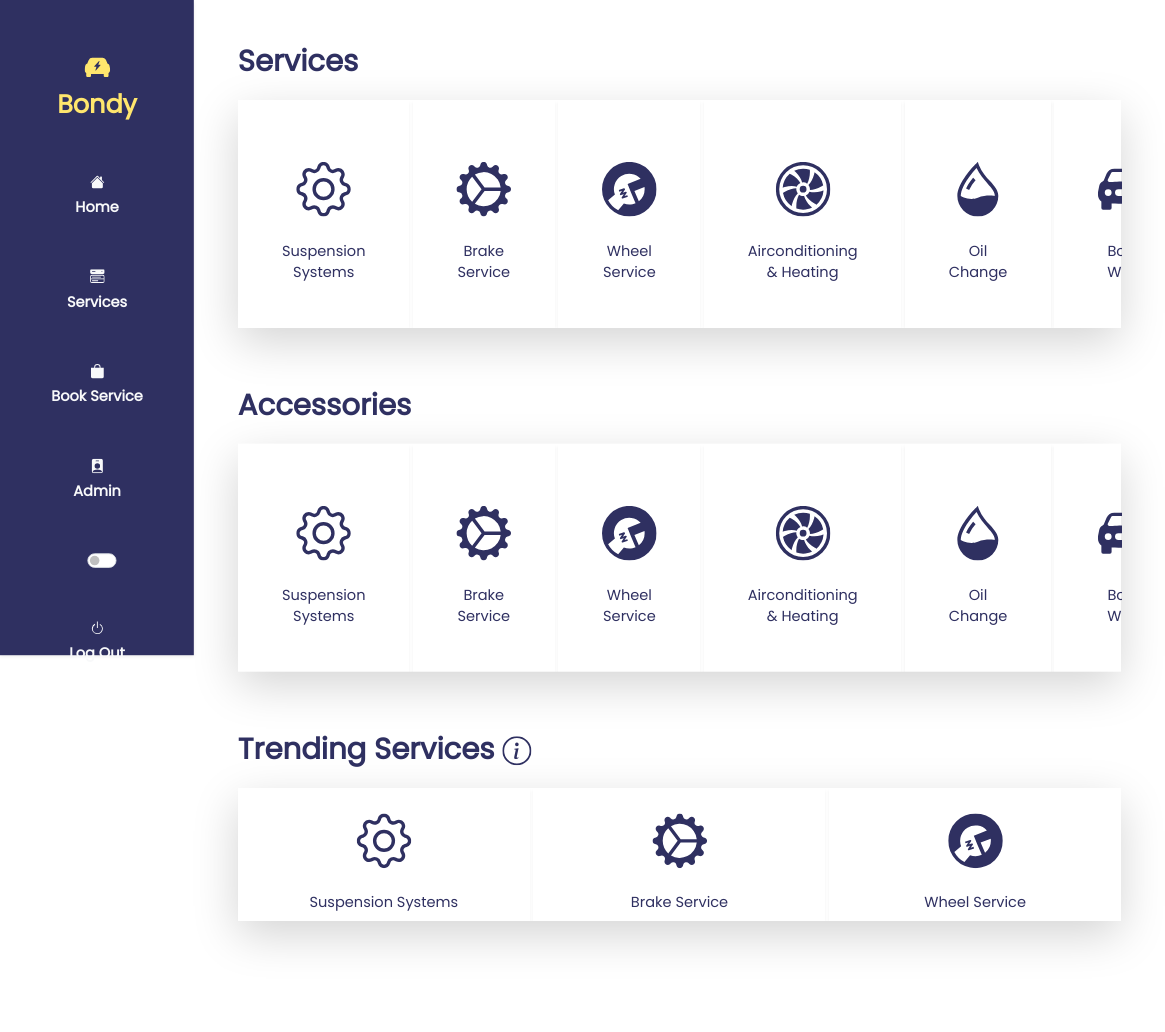
Repository: duzzisantos/bondy
Page: /
The author's editor kept a copy of each file at every save. The page is drawn from the files as they stood at one save, then again after the next save.
The browser window is 1280 px wide. The pictures show the whole page, at 91% of full size.
Some web libraries are served in a nearby version. The project was rebuilt for these pictures with package versions that can differ from the ones it lists, and the page was loaded fresh each time. Also part of the build but not shown: src/components/Home/TrendingServices.tsx, src/components/Services/ServiceTemplate.tsx, src/data/mockData.ts, src/views/Services.tsx.

Above is the page before, as saved 2023-06-25 15:00:19.

### public/index.html
<!DOCTYPE html>
<html lang="en">
  <head>
    <meta charset="utf-8" />
    <link rel="icon" href="%PUBLIC_URL%/favicon.ico" />
    <meta name="viewport" content="width=device-width, initial-scale=1" />
    <meta name="theme-color" content="#000000" />
    <meta
      name="description"
      content="Web site created using create-react-app"
    />
    <link rel="apple-touch-icon" href="%PUBLIC_URL%/logo192.png" />
    <!-- Option 1: Include in HTML -->
    <link
      rel="stylesheet"
      href="https://cdn.jsdelivr.net/npm/bootstrap-icons@1.3.0/font/bootstrap-icons.css"
    />
    <link rel="preconnect" href="https://fonts.googleapis.com" />
    <link rel="preconnect" href="https://fonts.gstatic.com" crossorigin />
    <!--
      manifest.json provides metadata used when your web app is installed on a
      user's mobile device or desktop. See https://developers.google.com/web/fundamentals/web-app-manifest/
    -->
    <link rel="manifest" href="%PUBLIC_URL%/manifest.json" />
    <!--
      Notice the use of %PUBLIC_URL% in the tags above.
      It will be replaced with the URL of the `public` folder during the build.
      Only files inside the `public` folder can be referenced from the HTML.

      Unlike "/favicon.ico" or "favicon.ico", "%PUBLIC_URL%/favicon.ico" will
      work correctly both with client-side routing and a non-root public URL.
      Learn how to configure a non-root public URL by running `npm run build`.
    -->
    <title>Bondy</title>
  </head>
  <body>
    <noscript>You need to enable JavaScript to run this app.</noscript>
    <div id="root"></div>
    <!--
      This HTML file is a template.
      If you open it directly in the browser, you will see an empty page.

      You can add webfonts, meta tags, or analytics to this file.
      The build step will place the bundled scripts into the <body> tag.

      To begin the development, run `npm start` or `yarn start`.
      To create a production bundle, use `npm run build` or `yarn build`.
    -->
  </body>
</html>

### src/index.js
import React from "react";
import ReactDOM from "react-dom/client";
import "./index.css";
import App from "./App";
import "bootstrap/dist/css/bootstrap.min.css";
import { BrowserRouter as Router } from "react-router-dom";

const root = ReactDOM.createRoot(document.getElementById("root"));
root.render(
  <React.StrictMode>
    <Router>
      <App />
    </Router>
  </React.StrictMode>
);

### src/App.js
import "./App.css";
import "bootstrap";
import SideBar from "./components/Navigation/SideBar";
import { Routes, Route } from "react-router-dom";
import LandingPage from "./views/LandingPage";
import Services from "./views/Services";
function App() {
  return (
    <div className="App d-flex flex-row flex-nowrap vh-100">
      <SideBar />
      <main className="col-12 ms-auto d-flex flex-column vh-100">
        <Routes>
          <Route path="/" element={<LandingPage />} />
          <Route path="/home" element={<LandingPage />} />
          <Route path="services/:category" element={<Services />} />
        </Routes>
      </main>
    </div>
  );
}

export default App;

### src/App.css
@import url("https://fonts.googleapis.com/css2?family=Cabin&family=Montserrat:wght@200&family=Poppins&display=swap");

* {
  font-family: "Poppins", sans-serif;
}
.App {
  text-align: center;
}

.custom-color {
  color: #2f3061 !important;
}

.custom-bg-color {
  background-color: #2f3061;
}

.custom-border {
  border: 1px solid #2f3061;
}

.custom-border-5 {
  border-right-style: solid !important;
  border-right-width: 8px !important;
  border-right-color: #2f3061 !important;
}

.image-height {
  height: fit-content;
  width: fit-content;
}

### src/components/Navigation/SideBar.tsx
import React, { FunctionComponent, useState } from "react";
import "react-bootstrap";
import "../../App.css";
import "./Navigation.scss";
import { Link } from "react-router-dom";
import {
  HouseFill,
  BagFill,
  PersonBadgeFill,
  Power,
  EvFrontFill,
  MenuButtonWideFill,
  SunFill,
  MoonFill,
} from "react-bootstrap-icons";

const SideBar: FunctionComponent = () => {
  //Refactor this
  const [hoverHome, setHoverHome] = useState(false);
  const [hoverServices, setHoverServices] = useState(false);
  const [hoverBookService, setHoverBookService] = useState(false);
  const [hoverAdmin, setHoverAdmin] = useState(false);
  const [hoverLogout, setHoverLogout] = useState(false);

  const commonLinkClasses = `d-flex flex-column justify-content-center align-items-center p-1 gap-2 brand-icon-color
   text-decoration-none fw-bold`;

  return (
    <div className="col-2 vh-100 custom-bg-color shadow-sm p-5 text-light d-flex flex-column vstack gap-5 sidebar-fixed">
      <Link to={"/"} className={commonLinkClasses + " fs-3"}>
        <span>
          <EvFrontFill className="brand-icon-color" /> Bondy
        </span>
      </Link>
      <Link
        to={"/home"}
        id="home"
        className={`d-flex flex-column justify-content-center align-items-center p-1 gap-2 text-decoration-none fw-bold ${
          hoverHome ? "brand-icon-color" : "text-light"
        }`}
        onMouseEnter={() => setHoverHome(true)}
        onMouseLeave={() => setHoverHome(false)}
        title="Home"
      >
        <HouseFill />
        Home
      </Link>

      <Link
        to={"/services"}
        id="services"
        className={`d-flex flex-column justify-content-center align-items-center p-1 gap-2 text-decoration-none fw-bold ${
          hoverServices ? "brand-icon-color" : "text-light"
        }`}
        onMouseEnter={() => setHoverServices(true)}
        onMouseLeave={() => setHoverServices(false)}
        title="Services"
      >
        <MenuButtonWideFill />
        Services
      </Link>

      <Link
        to={"/book-service"}
        id="book-service"
        className={`d-flex flex-column justify-content-center align-items-center p-1 gap-2 text-decoration-none fw-bold ${
          hoverBookService ? "brand-icon-color" : "text-light"
        }`}
        onMouseEnter={() => setHoverBookService(true)}
        onMouseLeave={() => setHoverBookService(false)}
        title="Book Service"
      >
        <BagFill />
        Book Service
      </Link>

      <Link
        to={"/admin"}
        id="admin"
        className={`d-flex flex-column justify-content-center align-items-center p-1 gap-2 text-decoration-none fw-bold ${
          hoverAdmin ? "brand-icon-color" : "text-light"
        }`}
        onMouseEnter={() => setHoverAdmin(true)}
        onMouseLeave={() => setHoverAdmin(false)}
        title="Admin"
      >
        <PersonBadgeFill />
        Admin
      </Link>

      <div className="form-check form-switch px-5 d-flex flex-row flex-nowrap">
        <SunFill className="mx-auto mt-1" />
        <input
          className="form-check-input mx-auto"
          type="checkbox"
          role="switch"
          id="flexSwitchCheckChecked"
          title="Switch display mode"
        />
        <MoonFill className="mx-auto mt-1" />
      </div>

      <Link
        to={"/logout"}
        id="logout"
        className={`d-flex flex-column justify-content-center align-items-center p-1 gap-2 text-decoration-none fw-bold ${
          hoverLogout ? "brand-icon-color" : "text-light"
        }`}
        onMouseEnter={() => setHoverLogout(true)}
        onMouseLeave={() => setHoverLogout(false)}
        title="Logout"
      >
        <Power />
        Log Out
      </Link>
    </div>
  );
};

export default SideBar;

### src/views/LandingPage.tsx
import React, { FunctionComponent, useState } from "react";
import "../components/Home/LandingPage.scss";
import LandingPageScrollContainer from "src/components/Home/LandingPageScrollContainer";
import { servicesList } from "src/components/Home/landingPageContent";
import { InfoCircle } from "react-bootstrap-icons";
import TrendingServices from "src/components/Home/TrendingServices";

const LandingPage: FunctionComponent = () => {
  const handleClick = () => {
    console.log("This was clicked");
  };

  const [show, setShow] = useState(false);

  const displayInfo = () => {
    setShow(!show);
  };
  return (
    <div className="col-10 px-5 pt-5 py-5 ms-auto vh-100 vstack gap-5 d-flex flex-column align-items-center">
      <LandingPageScrollContainer
        content={servicesList}
        category="Services"
        handleClick={handleClick}
        extraClass="p-5"
        extraElement={null}
        displayExtraElement={null}
      />
      <LandingPageScrollContainer
        content={servicesList}
        category="Accessories"
        handleClick={handleClick}
        extraClass="p-5"
        extraElement={null}
        displayExtraElement={null}
      />
      <LandingPageScrollContainer
        content={servicesList.reverse().slice(0, 3)}
        category="Trending Services"
        handleClick={handleClick}
        extraClass="p-2"
        extraElement={
          <InfoCircle onClick={displayInfo} title="What is this?" />
        }
        displayExtraElement={show && <TrendingServices />}
      />
    </div>
  );
};

export default LandingPage;

### src/components/Navigation/Navigation.scss
.brand-icon-color {
  color: #ffe66d !important;
}

.sidebar-fixed {
  position: fixed !important;
}

### src/components/Home/LandingPage.scss
.scroll-container-fixed {
  position: fixed !important;
}

.scroll-container-size {
  height: 330px !important;
}

.scroller {
  overflow: auto !important;
  scrollbar-width: none !important;
}

.scroller::-webkit-scrollbar {
  display: none !important;
}
.service-card {
  height: 270px !important;
}

.service-icon-font {
  font-size: 60px !important;
}

### src/components/Home/LandingPageScrollContainer.tsx
import React, { FunctionComponent } from "react";
import "../../App.css";
import { Link } from "react-router-dom";

interface ScrollContainerProps {
  content: any[];
  category: string;
  handleClick: any;
  extraClass: string;
  extraElement: any;
  displayExtraElement: any;
}
const LandingPageScrollContainer: FunctionComponent<ScrollContainerProps> = ({
  content,
  category,
  handleClick,
  extraClass,
  extraElement,
  displayExtraElement,
}) => {
  return (
    <section className="col-6 w-100 scroll-container-size">
      {displayExtraElement}
      <h2 className="text-start mb-4 custom-color fw-bold">
        {category} {extraElement}
      </h2>

      <div className="overflow-x-auto d-flex flex-row hstack gap-1 shadow-lg scroller">
        {content.map((element, index) => (
          <Link
            to={`/services/${element.category}`}
            key={index}
            className={`text-decoration-none w-100 shadow-sm d-flex flex-column vstack gap-3 ${extraClass}`}
            onClick={handleClick}
            title={element.category}
          >
            <span className={`service-icon-font custom-color`}>
              {element.icon}
            </span>
            <span className="custom-color">{element.category}</span>
          </Link>
        ))}
      </div>
    </section>
  );
};

export default LandingPageScrollContainer;

### src/components/Home/landingPageContent.tsx
import React from "react";
import {
  Gear,
  GearWideConnected,
  WrenchAdjustableCircleFill,
  Fan,
  DropletHalf,
  CarFrontFill,
} from "react-bootstrap-icons";
export const servicesList = [
  {
    id: 1,
    category: "Suspension Systems",
    icon: <Gear />,
  },
  {
    id: 2,
    category: "Brake Service",
    icon: <GearWideConnected />,
  },
  {
    id: 3,
    category: "Wheel Service",
    icon: <WrenchAdjustableCircleFill />,
  },
  {
    id: 4,
    category: "Airconditioning & Heating",
    icon: <Fan />,
  },
  {
    id: 5,
    category: "Oil Change",
    icon: <DropletHalf />,
  },
  {
    id: 6,
    category: "Body Work",
    icon: <CarFrontFill />,
  },
];

Loaded but not shown: src/index.css (common file)

After the next save:
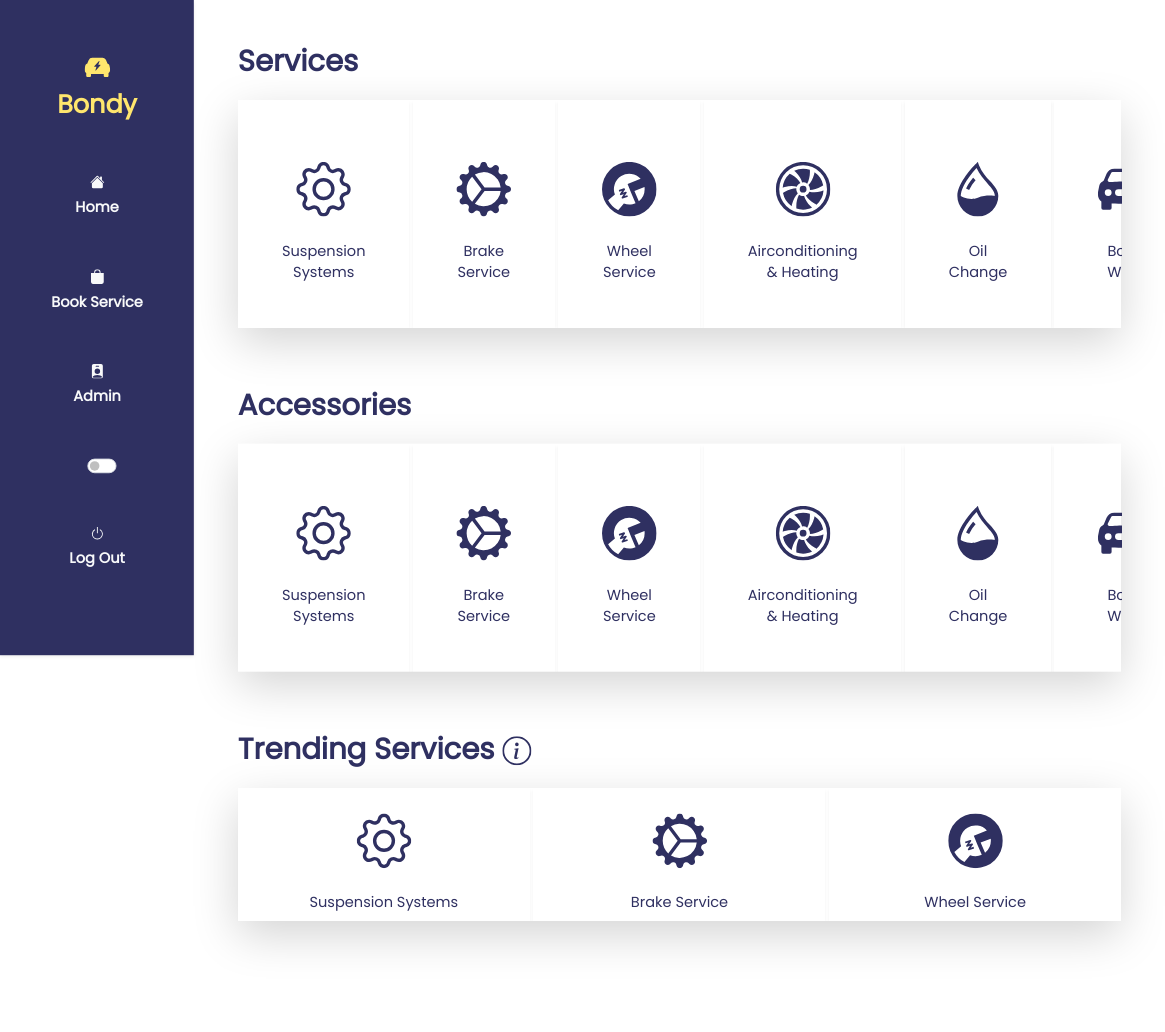
Saved 10 min 0 s later.
--- a/src/components/Navigation/SideBar.tsx
+++ b/src/components/Navigation/SideBar.tsx
@@ -9,7 +9,7 @@ import {
   PersonBadgeFill,
   Power,
   EvFrontFill,
-  MenuButtonWideFill,
+  // MenuButtonWideFill,
   SunFill,
   MoonFill,
 } from "react-bootstrap-icons";
@@ -17,7 +17,7 @@ import {
 const SideBar: FunctionComponent = () => {
   //Refactor this
   const [hoverHome, setHoverHome] = useState(false);
-  const [hoverServices, setHoverServices] = useState(false);
+  // const [hoverServices, setHoverServices] = useState(false);
   const [hoverBookService, setHoverBookService] = useState(false);
   const [hoverAdmin, setHoverAdmin] = useState(false);
   const [hoverLogout, setHoverLogout] = useState(false);
@@ -46,7 +46,7 @@ const SideBar: FunctionComponent = () => {
         Home
       </Link>
 
-      <Link
+      {/* <Link
         to={"/services"}
         id="services"
         className={`d-flex flex-column justify-content-center align-items-center p-1 gap-2 text-decoration-none fw-bold ${
@@ -58,7 +58,7 @@ const SideBar: FunctionComponent = () => {
       >
         <MenuButtonWideFill />
         Services
-      </Link>
+      </Link> */}
 
       <Link
         to={"/book-service"}
